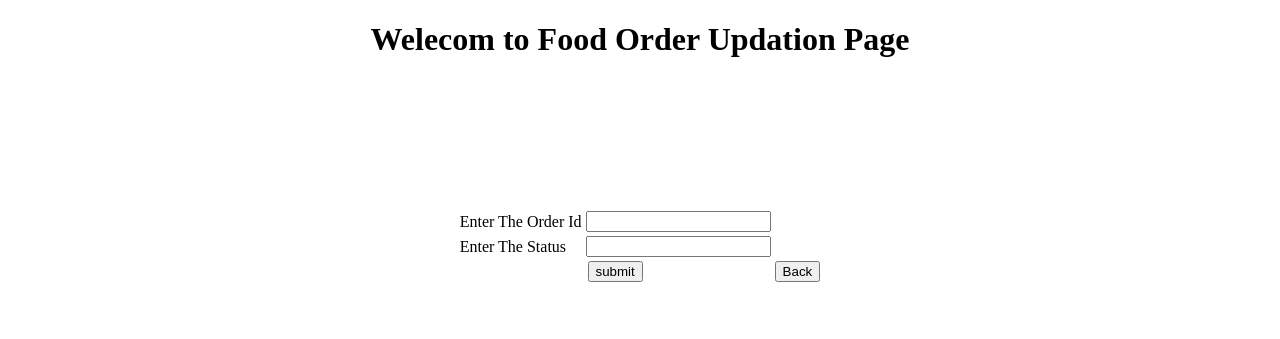
Repository: Jeevith-U/Advance-Java
Page: http://localhost/Food_App/updatefoodorder.jsp
An editor plug-in stored every save of this project. The page is shown before and after the next save, followed by the edit.
The browser window is 1280 px wide. The pictures show the whole page.
The page is served by Tomcat 9. Other server files are loaded and not shown.

Above is the page before, as saved 2023-08-23 16:20:41.

### Projects/Food_App/src/main/webapp/updatefoodorder.jsp
<%@ page language="java" contentType="text/html; charset=ISO-8859-1"
    pageEncoding="ISO-8859-1"%>
<!DOCTYPE html>
<html>
<head>
    <meta charset="UTF-8">
    <meta name="viewport" content="width=device-width, initial-scale=1.0">
    <title>Document</title>
    <style>
        table{
            display: flex;
            justify-content: center;
            align-items: center;
            margin-top: 150px;
        }
    </style>
</head>
<body>
    <form action="updatefoodorder" method="post">

        <h1 align="center">Welecom to Food Order Updation Page</h1>

        <table>
            <tr>
                <td><label for="id">Enter The Order Id</label></td>
                <td><input type="number" id="id" name="id"></td>
            </tr>
            <tr>
                <td><label for="status">Enter The Status</label></td>
                <td><input type="text" id="status" name="status"></td>
            </tr>
            <tr><td <!-- colspan="2px" align="center" --><input type="submit" value="submit"><td colspan="2px" align="center"><a href="staff.jsp"><button>Back</button></a></td></td>
            </tr>

        </table>
    </form>
</body>
</html>

After the next save:
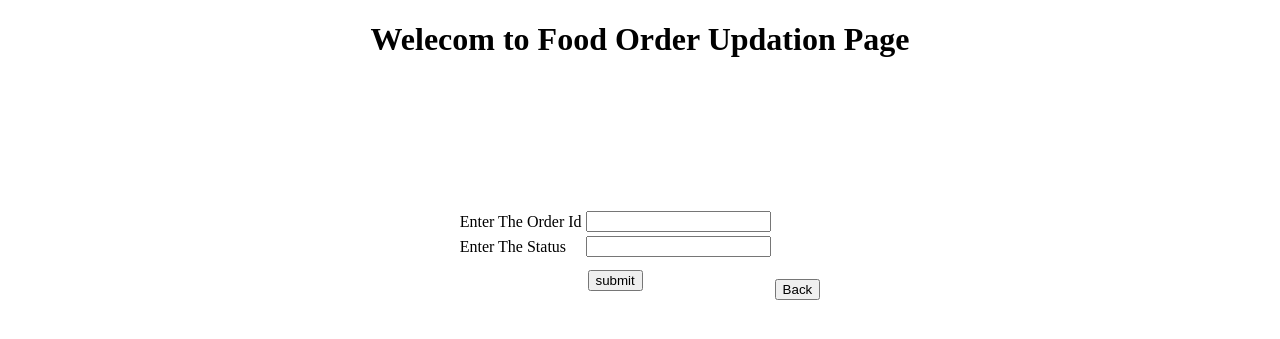
Saved 23 s later.
--- a/Projects/Food_App/src/main/webapp/updatefoodorder.jsp
+++ b/Projects/Food_App/src/main/webapp/updatefoodorder.jsp
@@ -29,7 +29,7 @@
                 <td><label for="status">Enter The Status</label></td>
                 <td><input type="text" id="status" name="status"></td>
             </tr>
-            <tr><td <!-- colspan="2px" align="center" --><input type="submit" value="submit"><td colspan="2px" align="center"><a href="staff.jsp"><button>Back</button></a></td></td>
+            <tr><td <!-- colspan="2px" align="center" --><input type="submit" value="submit"><td colspan="2px" align="center"><br></a><a href="staff.jsp"><button>Back</button></a></td></td>
             </tr>
 
         </table>

After the save that followed:
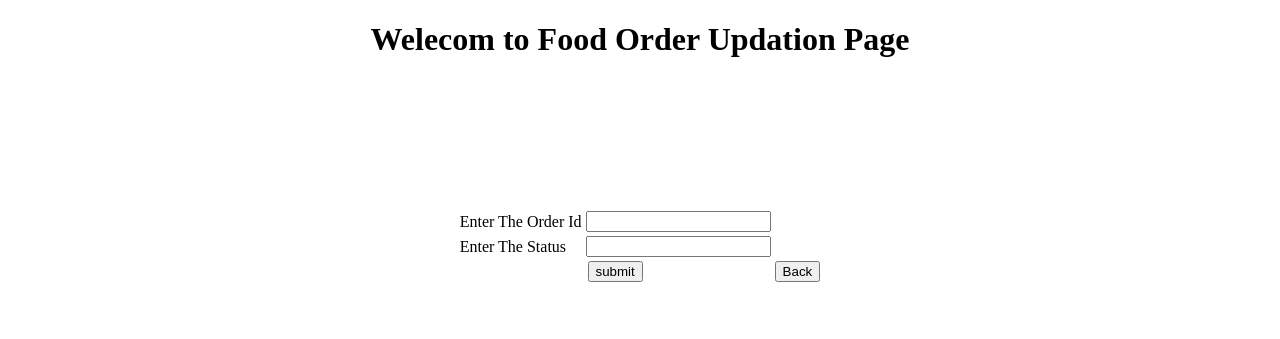
Saved 39 s later.
--- a/Projects/Food_App/src/main/webapp/updatefoodorder.jsp
+++ b/Projects/Food_App/src/main/webapp/updatefoodorder.jsp
@@ -29,7 +29,9 @@
                 <td><label for="status">Enter The Status</label></td>
                 <td><input type="text" id="status" name="status"></td>
             </tr>
-            <tr><td <!-- colspan="2px" align="center" --><input type="submit" value="submit"><td colspan="2px" align="center"><br></a><a href="staff.jsp"><button>Back</button></a></td></td>
+            <tr><td colspan="2px" align="center"><input type="submit" value="submit">
+                <td colspan="2px" align="center"><a href="staff.jsp"><button>Back</button></a></td>
+            </td>
             </tr>
 
         </table>
